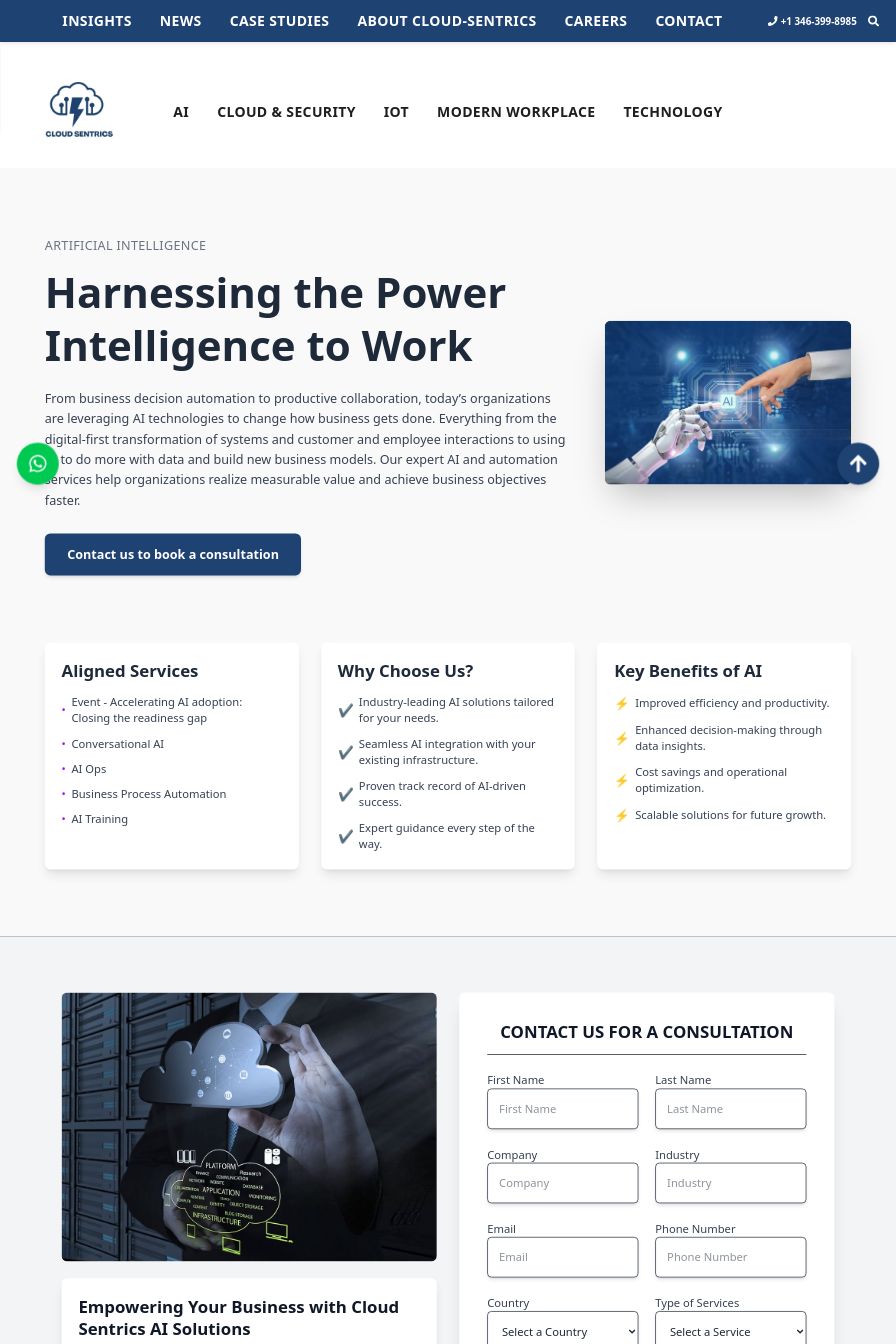
Repository: chykesure/cloudsentrics_
Page: /ai
The author's editor kept a copy of each file at every save. The page is drawn from the files as they stood at one save, then again after the next save.
The browser window is 1280 px wide. The pictures show the part of the page from y = 0 to 1920 px (the page is 3675 px tall), at 70% of full size.
The page's requests for data from a server got no answer. The project was rebuilt for these pictures with package versions that can differ from the ones it lists, and the page was loaded fresh each time. No one was signed in, and anything a server would have sent is missing. Also part of the build but not shown: vite.config.js, src/pages/Header.jsx, src/pages/Footer.jsx, src/pages/students/Reviews.jsx, src/pages/students/Testimony.jsx, src/pages/students/TestimonyLanding.jsx, src/pages/LandingPage.jsx, src/pages/students/Header.jsx and 41 more.

Above is the page before, as saved 2025-04-09 20:08:24.

### src/index.css
@import "tailwindcss";

@keyframes zoomInOut {
    0% {
        transform: scale(1);
    }
    100% {
        transform: scale(1.1);
    }
}

.zoom-animation {
    animation: zoomInOut 5s infinite alternate ease-in-out;

}

### src/App.jsx
import { BrowserRouter as Router, Routes, Route } from "react-router-dom";
import LandingPage from "./pages/LandingPage";
import StudentPage from "./pages/students/StudentPage";
import AboutUs from "./pages/students/AboutUs/AboutUs";
import "./App.css";
import AWS from "./pages/students/courses/AWS";
import DevSecOps from "./pages/students/courses/DevSecOps";
import AZURE from "./pages/students/courses/AZURE";
import Blogs from "./pages/students/blogs/Blogs";
import EventsPage from "./pages/students/events/EventsPage";
import FloatsButtons from "./pages/FloatsButtons";
import PartnerPage from "./pages/partners/home/PartnerPage";
import Ai from "./pages/partners/menu/ai";
import CloudSecurity from "./pages/partners/menu/cloudsecurity";
import IOT from "./pages/partners/menu/iot";
import Technology from "./pages/partners/menu/technology";
import Workplace from "./pages/partners/menu/workplace";
import InsightMenu from "./pages/partners/main_menu/insight";
import NewsPage from "./pages/partners/main_menu/news";
import CaseStudy from "./pages/partners/main_menu/casestudy";
import AboutCloud from "./pages/partners/main_menu/aboutus";
import Careers from "./pages/partners/main_menu/careers";
import ContactUs from "./pages/partners/main_menu/contact";

function App() {
  return (
    <Router>
      <div className="flex flex-col min-h-screen">
        {/* Floating Buttons will always be visible */}
        <FloatsButtons />

        <div className="flex-grow pt-20"> {/* Adjust padding-top based on header height */}
          <Routes>

            {/* Student Section */}
            <Route path="/" element={<LandingPage />} />
            <Route path="/StudentPage" element={<StudentPage />} />
            <Route path="/about" element={<AboutUs />} />
            <Route path="/courses/AWS" element={<AWS />} />
            <Route path="/courses/Azure" element={<AZURE />} />
            <Route path="/courses/DevSecOps" element={<DevSecOps />} />
            <Route path="/blog" element={<Blogs />} />
            <Route path="/events" element={<EventsPage />} />

            {/* The Partner Section */}
            <Route path="/PartnerPage" element={<PartnerPage />} />
            <Route path="/ai" element={<Ai />} />
            <Route path="/cloud-security" element={<CloudSecurity />} />
            <Route path="/iot" element={<IOT />} />
            <Route path="/technology" element={<Technology />} />
            <Route path="/modern-workplace" element={<Workplace />} />
            <Route path="/insights" element={<InsightMenu />} />
            <Route path="/news" element={<NewsPage />} />
            <Route path="/case-studies" element={<CaseStudy />} />
            <Route path="/about-cloudsentrics" element={<AboutCloud />} />
            <Route path="/careers" element={<Careers />} />
            <Route path="/contact" element={<ContactUs />} />
          </Routes>
        </div>
      </div>
    </Router>
  );
}

export default App;

### src/pages/FloatsButtons.jsx
import { FaWhatsapp, FaArrowUp } from "react-icons/fa";
import { motion } from "framer-motion";

const FloatsButtons = () => {
    const scrollToTop = () => {
        window.scrollTo({ top: 0, behavior: "smooth" });
    };

    return (
        <>
            {/* Floating WhatsApp Button (Left) */}
            <motion.a
                href="https://wa.me/message/62QVNSESZ56FC1"
                target="_blank"
                rel="noopener noreferrer"
                className="fixed bottom-6 left-6 bg-green-500 text-white p-4 rounded-full shadow-lg flex items-center justify-center z-50"
                title="Chat with us on WhatsApp"
                animate={{ y: [0, -10, 0] }}
                transition={{ duration: 1.5, repeat: Infinity, repeatType: "reverse", ease: "easeInOut" }}
                whileHover={{ scale: 1.2 }}
            >
                <FaWhatsapp size={28} />
            </motion.a>

            {/* Floating Back to Top Button (Right) */}
            <motion.button
                onClick={scrollToTop}
                className="fixed bottom-6 right-6 bg-[#1e4272] text-white p-4 rounded-full shadow-lg flex items-center justify-center z-50"
                title="Back to Top"
                animate={{ y: [0, -10, 0] }}
                transition={{ duration: 1.5, repeat: Infinity, repeatType: "reverse", ease: "easeInOut" }}
                whileHover={{ scale: 1.2 }}
            >
                <FaArrowUp size={28} />
            </motion.button>
        </>
    );
};

export default FloatsButtons;

### src/pages/partners/menu/ai.jsx
import React from "react";
import Header from "../Header";
import { motion } from "framer-motion";
import { Link } from "react-router-dom";
import FormsPage from "./forms";
import RelatedServices from "./services";
import Footer from "../home/Footer";

const logo = "/assets/logo.jpg";
const aibg = "/assets/ai.jpg";

const Ai = () => {
    return (
        <div className="min-h-screen bg-[#0d1b2a] text-white">
            {/* Header Section */}
            <div className="flex justify-center px-6 md:px-12 py-6 bg-white shadow-lg w-full h-28 md:h-32 lg:h-40">
                <div className="flex items-center justify-between w-full max-w-[1200px] mx-auto h-full">

                    {/* Left: Logo and Branding - Fully Left-Aligned */}
                    <div className="absolute left-0 flex items-center w-auto h-full">
                        <Link to="/PartnerPage">
                            <img
                                src={logo}
                                alt="Cloudsentrics Logo"
                                className="h-20 md:h-28 lg:h-34 w-auto ml-9 transition-all duration-300"
                            />
                        </Link>
                    </div>

                    {/* Right: Navigation Menu - Centered */}
                    <motion.div
                        className="hidden md:flex flex-grow justify-center items-center space-x-6 lg:space-x-10 text-lg md:text-xl font-bold text-[#1e1e1e] tracking-wide h-full"
                        initial={{ opacity: 0, y: -10 }}
                        animate={{ opacity: 1, y: 0 }}
                        transition={{ duration: 0.6, ease: "easeOut" }}
                    >
                        {[
                            { label: "AI", path: "/ai" },
                            { label: "CLOUD & SECURITY", path: "/cloud-security" },
                            { label: "IOT", path: "/iot" },
                            { label: "MODERN WORKPLACE", path: "/modern-workplace" },
                            { label: "TECHNOLOGY", path: "/technology" }
                        ].map((item, index) => (
                            <Link key={index} to={item.path}>
                                <motion.span
                                    className="cursor-pointer transition-all duration-300 hover:text-blue-600 hover:scale-105 whitespace-nowrap"
                                    whileHover={{ scale: 1.1 }}
                                >
                                    {item.label}
                                </motion.span>
                            </Link>
                        ))}
                    </motion.div>

                </div>
            </div>



            <Header />

            {/* AI Section */}
            <section className="bg-[#f9f9f9] px-6 md:px-16 py-16 lg:py-24 grid grid-cols-1 lg:grid-cols-3 gap-12">
                {/* Left Text Content */}
                <div className="lg:col-span-2 animate__animated animate__fadeIn flex-shrink-0 space-y-6">
                    {/* Heading Section */}
                    <div className="text-center lg:text-left">
                        <h3 className="text-lg font-medium text-gray-500 uppercase tracking-wide">Artificial Intelligence</h3>
                        <h1 className="text-4xl md:text-5xl lg:text-6xl font-bold leading-tight mt-4 text-gray-800">
                        Harnessing the Power <br /> Intelligence to Work
                        </h1>
                    </div>

                    {/* Paragraph Content */}
                    <p className="text-lg text-gray-700 mt-6 leading-relaxed">
                        From business decision automation to productive collaboration, today’s organizations are leveraging AI
                        technologies to change how business gets done. Everything from the digital-first transformation of systems
                        and customer and employee interactions to using AI to do more with data and build new business models.
                        Our expert AI and automation services help organizations realize measurable value and achieve business
                        objectives faster.
                    </p>

                    {/* Call to Action Button */}
                    <div className="flex justify-center lg:justify-start mt-8">
                        <a
                            href="#"
                            className="bg-[#1e4272] text-white text-center py-4 px-8 rounded-lg font-semibold text-lg shadow-md hover:bg-purple-800 hover:scale-105 transition duration-300 ease-in-out transform hover:translate-y-1 w-full md:w-auto"
                        >
                            Contact us to book a consultation
                        </a>
                    </div>
                </div>


                {/* Right AI Image */}
                <div className="lg:col-span-1 flex justify-center items-center flex-shrink-0">
                    <motion.img
                        src={aibg}
                        alt="AI Representation"
                        className="w-full max-w-lg rounded-lg shadow-2xl"
                        animate={{ y: [0, -10, 0] }}
                        transition={{ duration: 1.5, repeat: Infinity, ease: "easeInOut" }}
                    />
                </div>

                {/* Bottom Section */}
                <div className="lg:col-span-3 flex flex-col gap-6 w-full">

                    {/* Grid Content */}
                    <div className="grid grid-cols-1 md:grid-cols-2 lg:grid-cols-3 gap-8 mt-12 w-full">
                        {/* Aligned Services */}
                        <div className="bg-white p-6 rounded-lg shadow-lg border-gray-200 hover:scale-105 hover:shadow-xl flex-shrink-0 w-full">
                            <h4 className="text-2xl font-semibold text-gray-800">Aligned Services</h4>
                            <ul className="mt-4 space-y-3 text-gray-700">
                                {[
                                    "Event - Accelerating AI adoption: Closing the readiness gap",
                                    "Conversational AI",
                                    "AI Ops",
                                    "Business Process Automation",
                                    "AI Training"
                                ].map((service, index) => (
                                    <li key={index} className="flex items-center space-x-2">
                                        <span className="text-purple-600">•</span>
                                        <span>{service}</span>
                                    </li>
                                ))}
                            </ul>
                        </div>

                        {/* Why Choose Us? */}
                        <div className="bg-white p-6 rounded-lg shadow-lg border-gray-200 hover:scale-105 hover:shadow-xl flex-shrink-0 w-full">
                            <h4 className="text-2xl font-semibold text-gray-800">Why Choose Us?</h4>
                            <ul className="mt-4 space-y-3 text-gray-700">
                                {[
                                    "Industry-leading AI solutions tailored for your needs.",
                                    "Seamless AI integration with your existing infrastructure.",
                                    "Proven track record of AI-driven success.",
                                    "Expert guidance every step of the way."
                                ].map((reason, index) => (
                                    <li key={index} className="flex items-center space-x-2">
                                        <span className="text-green-600 text-lg">✔</span>
                                        <span>{reason}</span>
                                    </li>
                                ))}
                            </ul>
                        </div>

                        {/* Key Benefits of AI */}
                        <div className="bg-white p-6 rounded-lg shadow-lg border-gray-200 hover:scale-105 hover:shadow-xl flex-shrink-0 w-full">
                            <h4 className="text-2xl font-semibold text-gray-800">Key Benefits of AI</h4>
                            <ul className="mt-4 space-y-3 text-gray-700">
                                {[
                                    "Improved efficiency and productivity.",
                                    "Enhanced decision-making through data insights.",
                                    "Cost savings and operational optimization.",
                                    "Scalable solutions for future growth."
                                ].map((benefit, index) => (
                                    <li key={index} className="flex items-center space-x-2">
                                        <span className="text-blue-600 text-lg">⚡</span>
                                        <span>{benefit}</span>
                                    </li>
                                ))}
                            </ul>
                        </div>
                    </div>
                </div>
            </section>

            <section className="px-4 sm:px-6 md:px-6 lg:px-8 py-8 bg-gray-100">
                <FormsPage />
            </section>

            <section className="px-4 sm:px-6 md:px-6 lg:px-8 py-8 bg-gray-100">
                <RelatedServices />
            </section>

            {/* Footer Section */}
            <section className="px-0 sm:px-0 md:px-0 lg:px-0 py-8 bg-gray-100 w-full">
                <Footer />
            </section>

        </div>
    );
};

export default Ai;

### src/pages/partners/home/Footer.jsx
import React from 'react';
import { FaLinkedin, FaXTwitter, FaInstagram } from 'react-icons/fa6';
import { Link } from 'react-router-dom';

function Footer() {
    return (
        <footer className="bg-white text-black py-6 border-t border-gray-300 text-sm w-full">
            <div className="w-full px-6 lg:px-12">
                {/* Main Footer Section */}
                <div className="flex flex-col md:flex-row justify-between items-center text-center md:text-left">
                    <h3 className="font-bold text-lg text-blue-900">Powering Cloud-Integrated Digital Transformation</h3>

                    {/* Social Icons */}
                    <div className="flex space-x-4 mt-4 md:mt-0">
                        <a href="https://www.linkedin.com/posts/cloud-sentrics_cloud-sentrics-linkedin-activity-7291379079860117505-ve54?utm_source=share&utm_medium=member_android" target="_blank" rel="noopener noreferrer" className="text-gray-600 hover:text-black">
                            <FaLinkedin size={20} />
                        </a>
                        <a href="https://x.com/CloudSentrics" target="_blank" rel="noopener noreferrer" className="text-gray-600 hover:text-black">
                            <FaXTwitter size={20} />
                        </a>
                        <a href="https://www.instagram.com/cloudsentrics/" target="_blank" rel="noopener noreferrer" className="text-gray-600 hover:text-black">
                            <FaInstagram size={20} />
                        </a>
                    </div>
                </div>

                {/* Footer Links */}
                <div className="mt-4 text-center md:text-left">
                    <p>© {new Date().getFullYear()} All rights reserved |
                        <Link to="#" className="ml-2 hover:text-blue-600">Privacy Notice</Link> |
                        <Link to="#" className="ml-2 hover:text-blue-600">Terms & Conditions</Link> |
                        <Link to="#" className="ml-2 hover:text-blue-600">Website T&Cs</Link> |
                        <Link to="#" className="ml-2 hover:text-blue-600">Cookies Policy</Link> |
                        <Link to="#" className="ml-2 hover:text-blue-600">Anti-Slavery Policy</Link> |
                        <Link to="#" className="ml-2 hover:text-blue-600">Sitemap</Link> |
                        <Link to="#" className="ml-2 hover:text-blue-600">Learn more</Link>
                    </p>
                </div>
            </div>
        </footer>
    );
}

export default Footer;

### src/pages/partners/menu/services.jsx
import React from "react";
import { motion } from "framer-motion";

const ai_trainning = "/assets/ai_trainning.jpg";
const ai_conversation = "/assets/ai_conversation.jpg";
const ai_ops = "/assets/ai_ops.jpg";
const bpa = "/assets/bpa.jpg";

const RelatedServices = () => {
    const services = [
        {
            title: "Conversational AI",
            description:
                "Boost engagement and productivity with a next generation customer experience",
            image: ai_conversation,
        },
        {
            title: "AI Ops",
            description:
                "Ensure resilience and prevent and resolve incidents with AIOps",
            image: ai_ops,
        },
        {
            title: "Business Process Automation",
            description:
                "Accelerate how work gets done and amplify digital efficiencies",
            image: bpa,
        },
        {
            title: "AI Training",
            description:
                "Discover the true business value of artificial intelligence",
            image: ai_trainning,
        },
    ];

    return (
        <section className="py-12 bg-gray-100">
            <div className="container mx-auto px-6 text-center">
                <h2 className="text-3xl font-bold text-gray-900 mb-6">
                    Related Services
                </h2>
                <div className="w-16 h-1 bg-blue-600 mx-auto mb-8"></div>
                <div className="grid grid-cols-1 md:grid-cols-2 lg:grid-cols-4 gap-8">
                    {services.map((service, index) => (
                        <motion.div
                            key={index}
                            className="relative bg-white rounded-lg shadow-lg overflow-hidden min-h-[400px]"
                            whileHover={{ scale: 1.05, y: -5 }}
                            transition={{ type: "spring", stiffness: 200, damping: 10 }}
                        >
                            <img
                                src={service.image}
                                alt={service.title}
                                className="w-full h-64 md:h-80 object-cover"
                            />
                            <div className="p-6">
                                <h3 className="text-xl font-semibold text-gray-800 mb-2">
                                    {service.title}
                                </h3>
                                <p className="text-gray-600">{service.description}</p>
                            </div>
                        </motion.div>
                    ))}
                </div>
            </div>
        </section>
    );
};

export default RelatedServices;

Loaded but not shown: index.html (common file); src/main.jsx (common file); src/pages/students/AboutUs/AboutUs.jsx (399 lines, source omitted); src/pages/partners/menu/forms.jsx (209 lines, source omitted); src/pages/partners/Header.jsx (114 lines, source omitted)

After the next save:
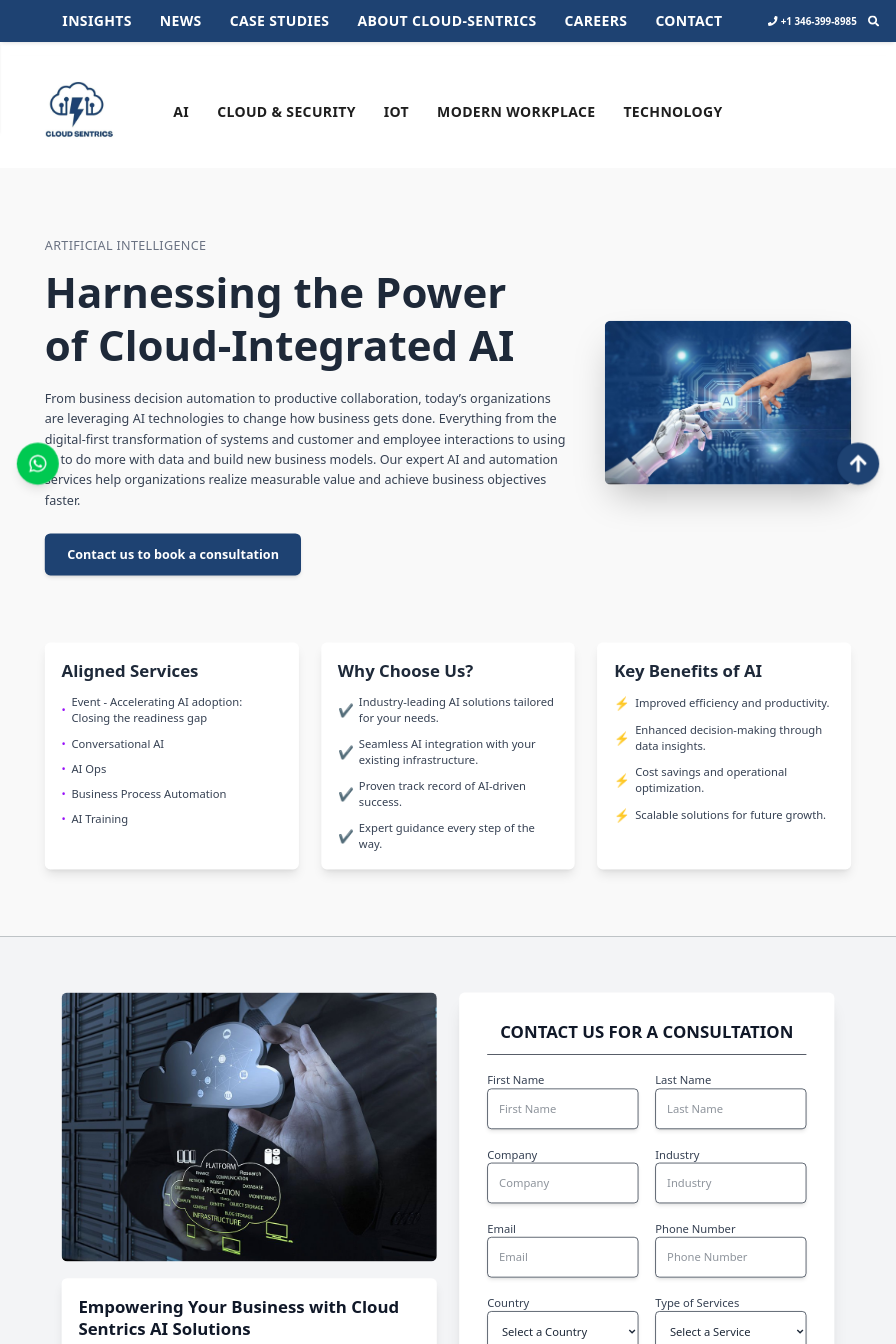
Saved 12 s later.
--- a/src/pages/partners/menu/ai.jsx
+++ b/src/pages/partners/menu/ai.jsx
@@ -67,7 +67,7 @@
                     <div className="text-center lg:text-left">
                         <h3 className="text-lg font-medium text-gray-500 uppercase tracking-wide">Artificial Intelligence</h3>
                         <h1 className="text-4xl md:text-5xl lg:text-6xl font-bold leading-tight mt-4 text-gray-800">
-                        Harnessing the Power <br /> Intelligence to Work
+                        Harnessing the Power <br />  of Cloud-Integrated AI
                         </h1>
                     </div>
 
